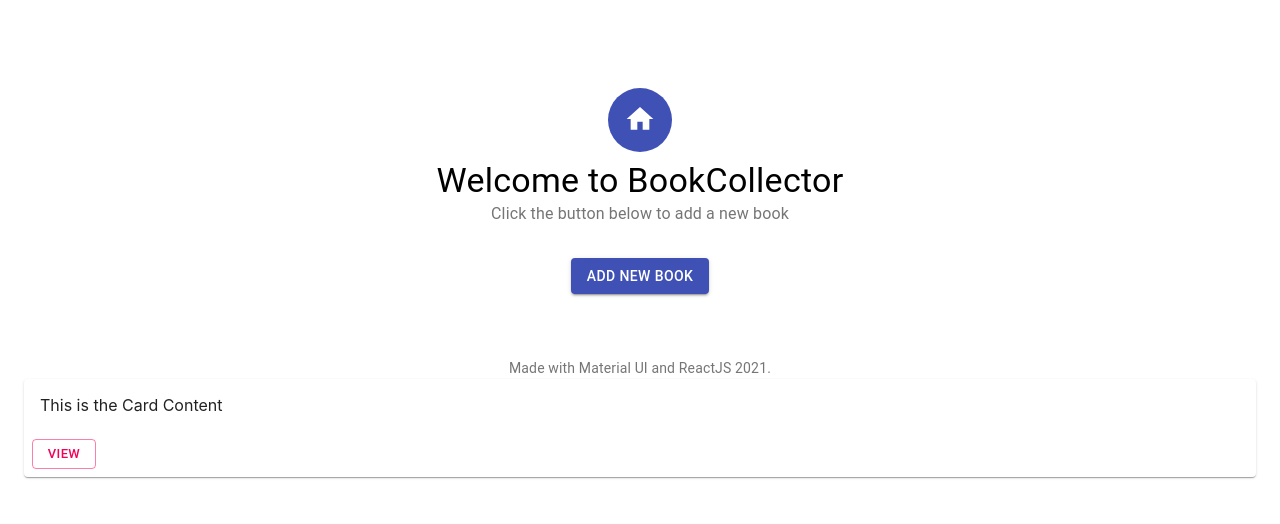
Repository: Colo-Codes/mini-project-react-book-collector
Page: /
An editor plug-in stored every save of this project. The page is shown before and after the next save, followed by the edit.
The browser window is 1280 px wide. The pictures show the whole page.
The project was rebuilt for these pictures with package versions that can differ from the ones it lists, and the page was loaded fresh each time. Also part of the build but not shown: src/Books/AddBookForm.js.

Above is the page before, as saved 2021-08-25 08:40:34.

After the next save:
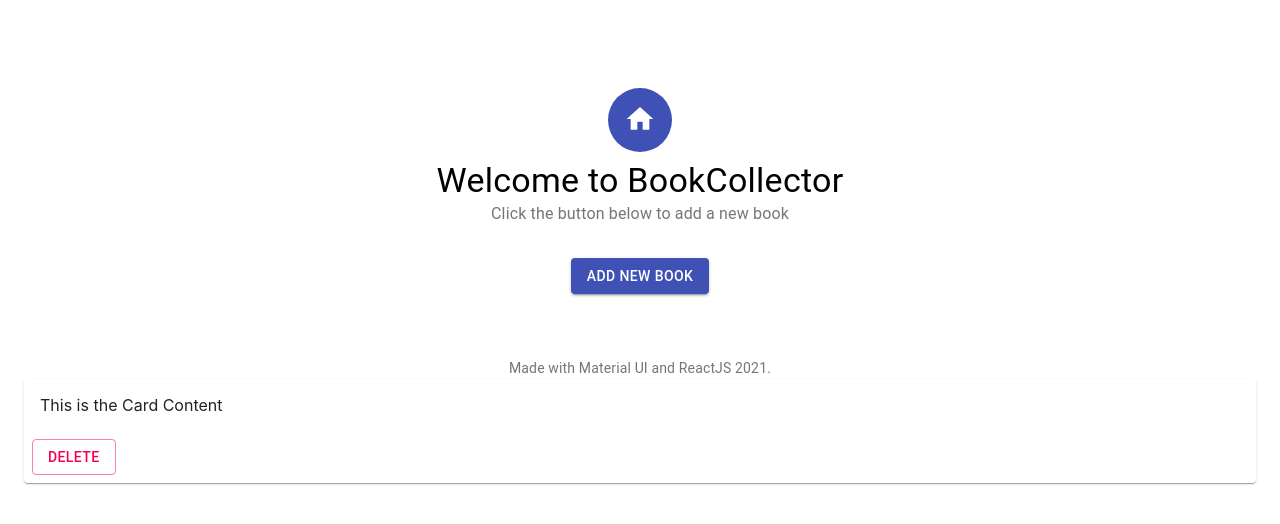
Saved 17 s later.
--- a/src/App.js
+++ b/src/App.js
@@ -52,8 +52,8 @@ function App() {
                 This is the Card Content
               </CardContent>
               <CardActions>
-                <Button variant="outlined" size="small" color="secondary">
-                  View
+                <Button variant="outlined" color="secondary">
+                  Delete
                 </Button>
               </CardActions>
             </Card>
